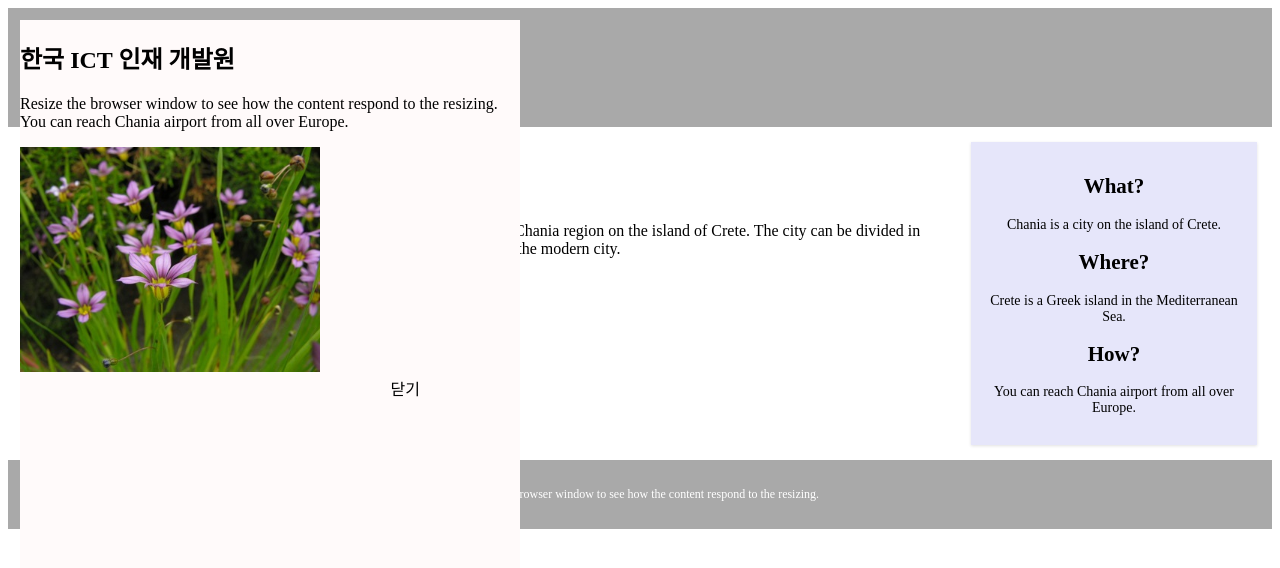
Repository: wjsjsn/23_webstudy
Page: 03_javascript/src/main/webapp/day02/Ex19_event.html
These files come from the project's save history. The page is drawn as it stood at one moment and after the next save; the edit follows.
The browser window is 1280 px wide. The pictures show the whole page.

Above is the page before, as saved 2023-06-28 08:11:41.

After the next save:
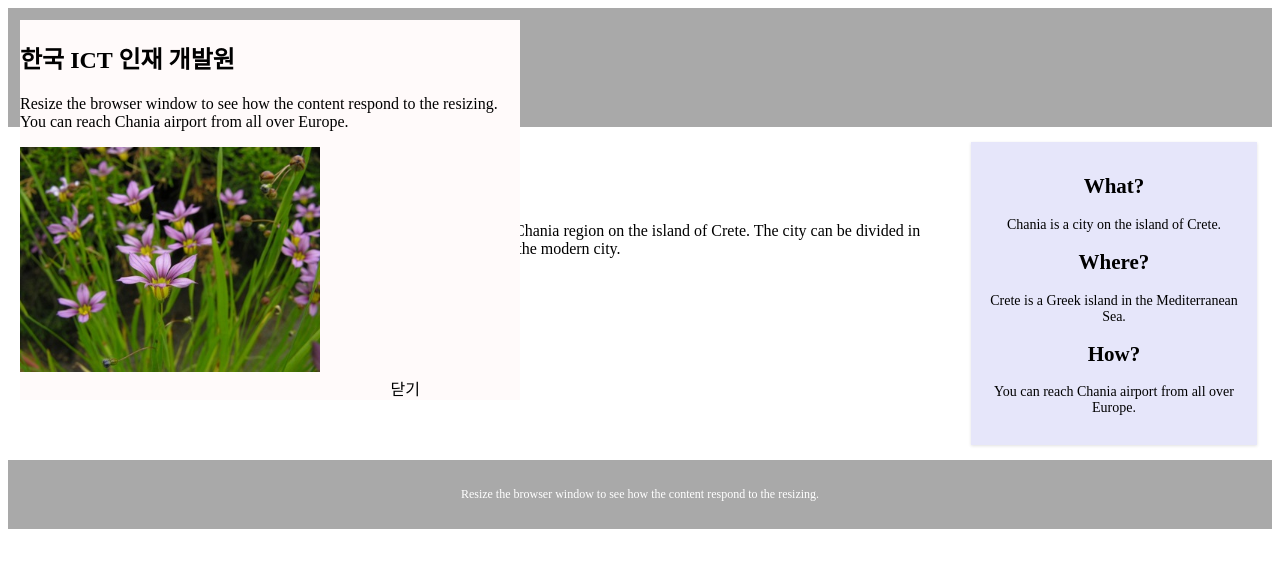
Saved 16 s later.
--- a/03_javascript/src/main/webapp/day02/Ex19_event.html
+++ b/03_javascript/src/main/webapp/day02/Ex19_event.html
@@ -85,7 +85,7 @@
 
 div#popup {
 	width: 500px;
-	height: 600px;
+	height: auto;
 	position: fixed;
 	top: 20px;
 	left: 20px;
